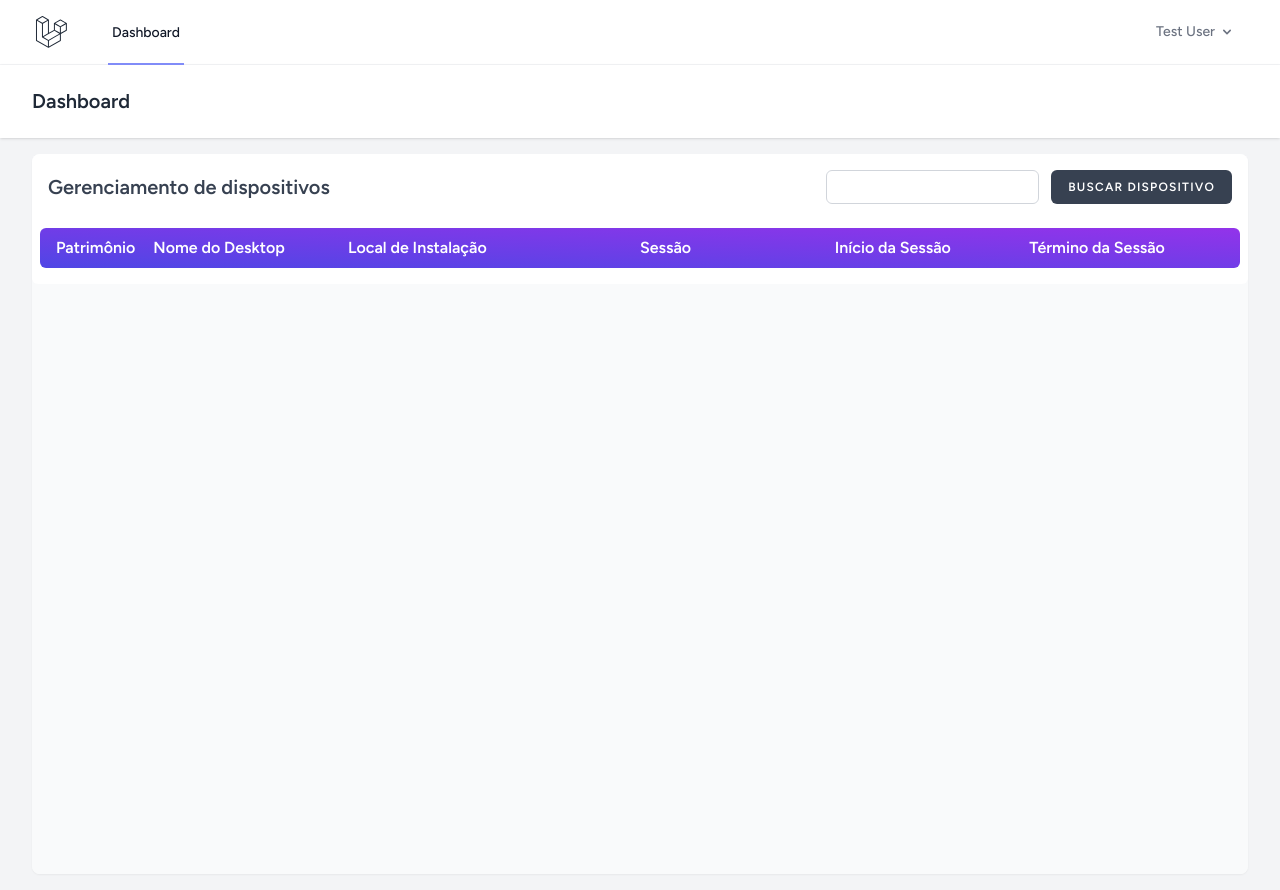
Repository: CrisMorgantee/device-logs
Page: http://localhost/dashboard
An editor plug-in stored every save of this project. The page is shown before and after the next save, followed by the edit.
The browser window is 1280 px wide. The pictures show the whole page.
The page is served by the project's Laravel application, run on PHP 8.4 with Laravel 10. A made-up administrator, Test User (test@example.com), is signed in. Style sheets and scripts are compiled from the project's sources, by tool versions that may differ from the author's. Queries for data that is not in the repository find no rows.

Above is the page before, as saved 2023-04-14 23:41:52.

After the next save:
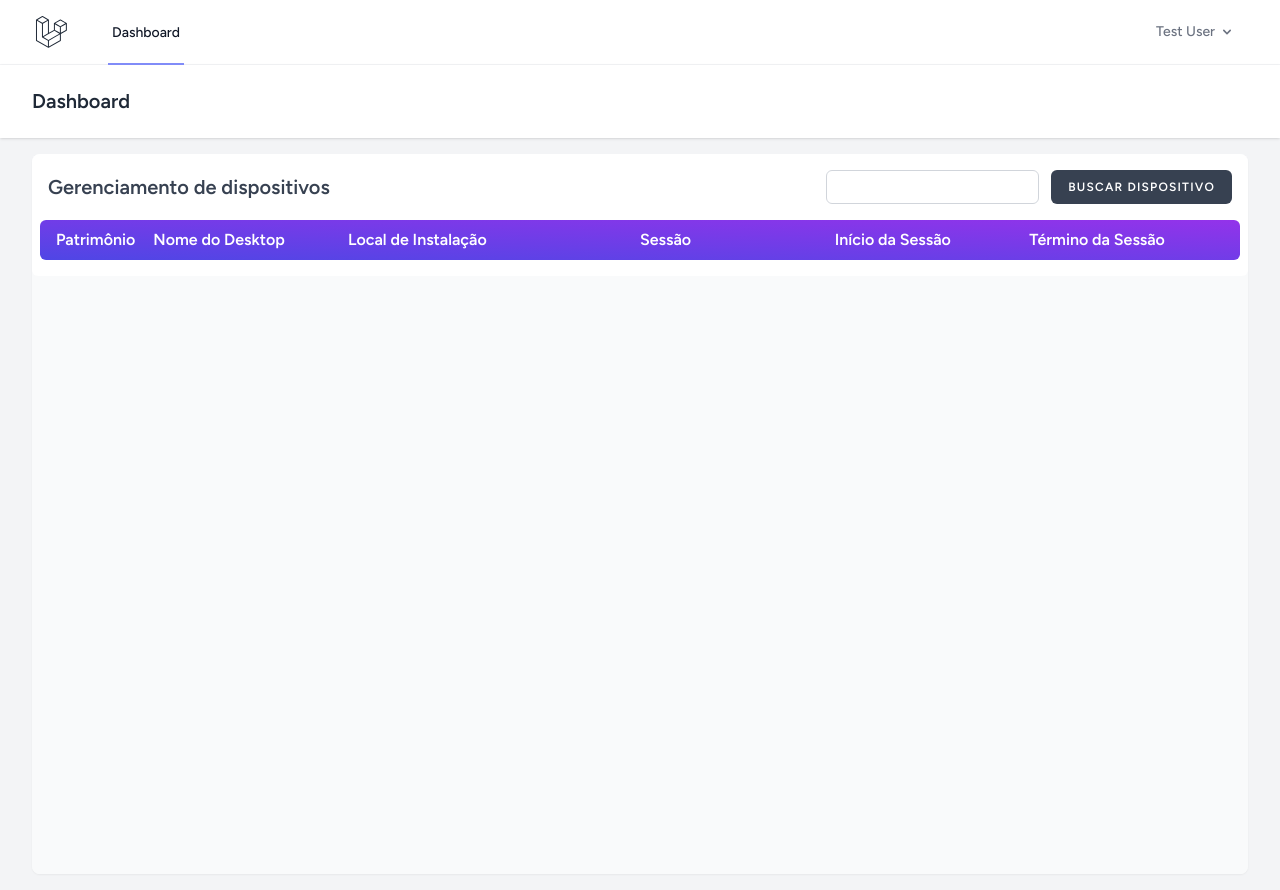
Saved 18 s later.
--- a/resources/views/dashboard.blade.php
+++ b/resources/views/dashboard.blade.php
@@ -10,7 +10,7 @@
       <div class="overflow-hidden bg-white shadow-sm sm:rounded-lg">
         <div class="min-h-screen bg-gray-50">
           <div class="rounded-md bg-white p-2">
-            <div class="mb-4 flex items-center justify-between p-2">
+            <div class="mb-2 flex items-center justify-between p-2">
               <h2 class="text-xl font-bold text-gray-700">Gerenciamento de dispositivos</h2>
 
               <div class="flex items-center justify-between">
